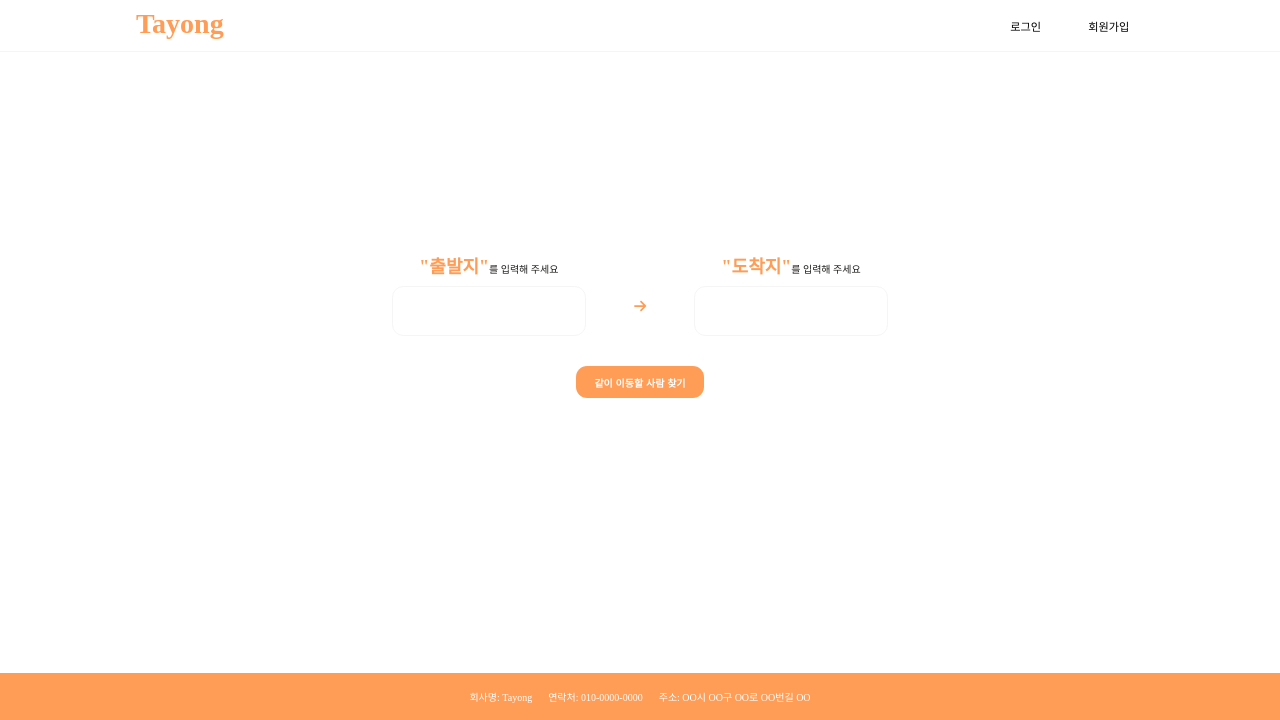
Repository: YEOMJINSEOP/playground
Page: / (app in tayong/)
An editor plug-in stored every save of this project. The page is shown before and after the next save, followed by the edit.
The browser window is 1280 px wide. The pictures show the whole page.
The project was rebuilt for these pictures with package versions that can differ from the ones it lists, and the page was loaded fresh each time.

Above is the page before, as saved 2022-10-28 15:04:32.

After the next save:
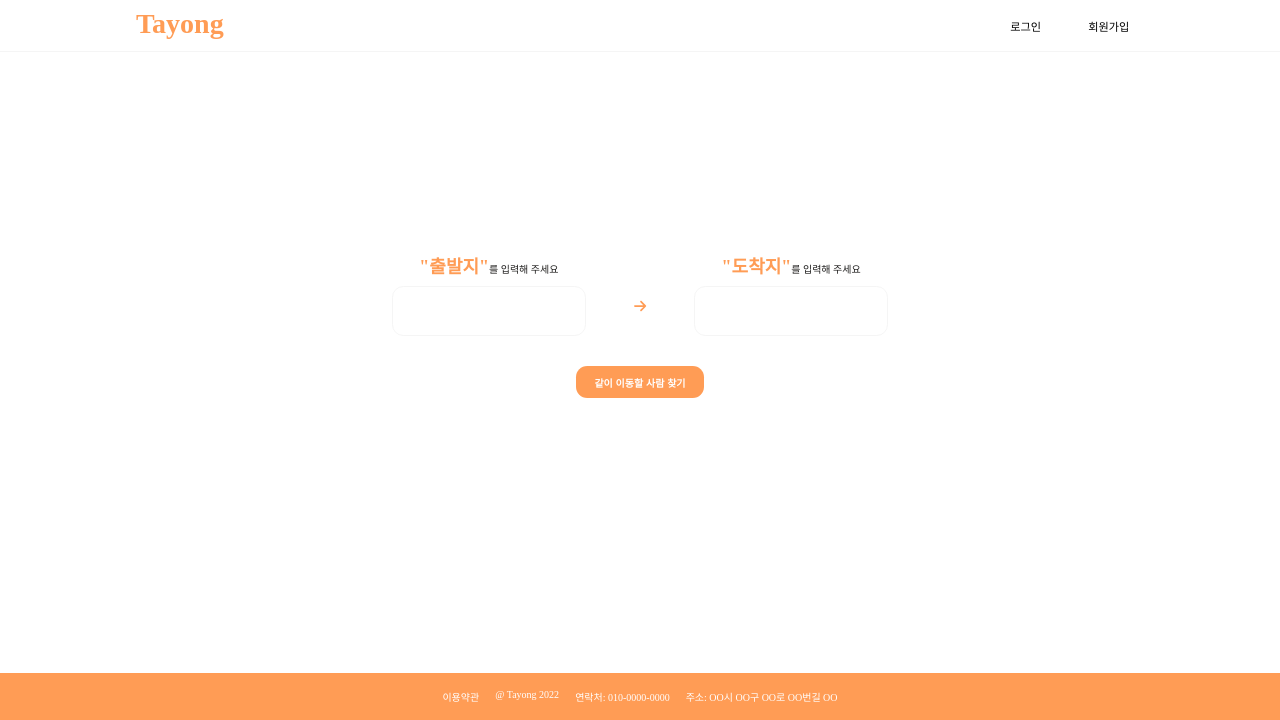
Saved 28 min 48 s later.
--- a/tayong/src/components/footer/footer.jsx
+++ b/tayong/src/components/footer/footer.jsx
@@ -5,7 +5,8 @@ function Footer(props) {
   return (
     <>
      <footer className={styles.footer}>
-      <p className={styles.name}>회사명: Tayong</p>
+      <p className={styles.contract}>이용약관</p>
+      <p className={styles.name}>@ Tayong 2022</p>
       <p className={styles.phone}>연락처: 010-0000-0000</p>
       <p className={styles.address}>주소: OO시 OO구 OO로 OO번길 OO</p>
      </footer>
